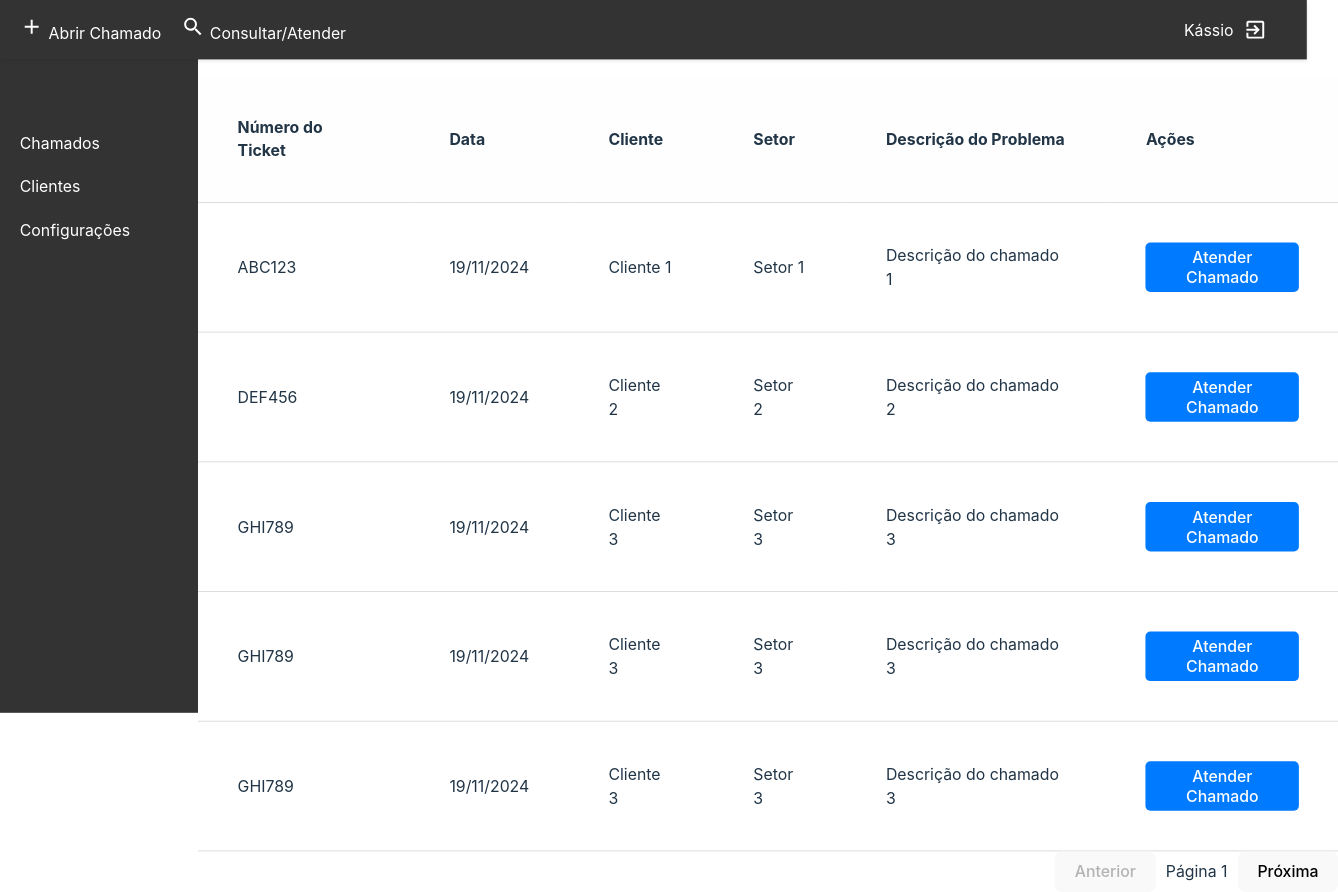
Repository: zkassimz/helpdesk
Page: /, after clicking the first element matching `li`
The author's editor kept a copy of each file at every save. The page is drawn from the files as they stood at one save, then again after the next save.
The browser window is 1280 px wide. The page is 1352 px wide, so the pictures cover 1352 px, including what lies to the right of the window. The pictures show the whole page, at 99% of full size.
The project was rebuilt for these pictures with package versions that can differ from the ones it lists, and the page was loaded fresh each time. Also part of the build but not shown: vite.config.js, src/components/Clientes.jsx, src/components/Configuracoes.jsx.

Above is the page before, as saved 2024-04-01 13:17:29.

### index.html
<!doctype html>
<html lang="en">

  <body>
    <div id="root"></div>
    <script type="module" src="/src/main.jsx"></script>
  </body>
</html>

### src/App.jsx
// src/App.js
import React, { useState } from 'react';
import AppBar from './components/AppBar'; // Importando o componente AppBar
import Sidebar from './components/Sidebar';
import Chamados from './components/Chamados';
import Clientes from './components/Clientes';
import Configuracoes from './components/Configuracoes';
import './App.css';

function App() {
  const [currentPage, setCurrentPage] = useState('Dashboard');

  const renderPage = () => {
    switch (currentPage) {
      case 'Chamados':
        return <Chamados />;
      case 'Clientes':
        return <Clientes />;
      case 'Configuracoes':
        return <Configuracoes />;
      default:
        return <div>Página não encontrada</div>;
    }
  };

  return (
    <div className="app">
      <AppBar />
      <div className="content">
        <Sidebar setCurrentPage={setCurrentPage} />
        <div className="main-content">
          {renderPage()}
        </div>
      </div>
    </div>
  );
}

export default App;

### src/components/AppBar.jsx

import React from 'react';
import { MdAdd, MdSearch, MdExitToApp } from 'react-icons/md';
import './css/AppBar.css';
const AppBar = () => {
  return (
    <div className="appbar">
      <div className="appbar-left">
        <div className="appbar-item" onClick={() => console.log("Abrir chamado")}>
          <MdAdd size={24} />
          <span>Abrir Chamado</span>
        </div>
        <div className="appbar-item" onClick={() => console.log("Consultar/Atender")}>
          <MdSearch size={24} />
          <span>Consultar/Atender</span>
        </div>
      </div>
      <div className="appbar-right">
        <span>Kássio </span>
        <div className="logout-button" onClick={() => console.log("Logout")}>
          <MdExitToApp size={24} />
        </div>
      </div>
    </div>
  );
};

export default AppBar;

### src/components/Sidebar.jsx
import React from 'react';
import './css/SideBar.css';

const Sidebar = ({ setCurrentPage }) => {
  const handleClick = (page) => {
    setCurrentPage(page);
  };

  return (
    <div className="sidebar">
      <div className="sidebar-header">
        <h3>Menu</h3>
      </div>
      <ul className="menu">
        <li onClick={() => handleClick('Chamados')}>Chamados</li>
        <li onClick={() => handleClick('Clientes')}>Clientes</li>
        <li onClick={() => handleClick('Configurações')}>Configurações</li>
      </ul>
    </div>
  );
};

export default Sidebar;

### src/components/Chamados.jsx
import React, { useState } from 'react';
import './css/Chamados.css';

const Chamados = () => {
  const [chamados, setChamados] = useState([
    { id: 1, cliente: 'Cliente 1', setor: 'Setor 1', descricao: 'Descrição do chamado 1', ticket: 'ABC123', data:  '19/11/2024'},
    { id: 2, cliente: 'Cliente 2', setor: 'Setor 2', descricao: 'Descrição do chamado 2', ticket: 'DEF456' ,data:  '19/11/2024' },
    { id: 3, cliente: 'Cliente 3', setor: 'Setor 3', descricao: 'Descrição do chamado 3', ticket: 'GHI789' , data:  '19/11/2024' },
    { id: 3, cliente: 'Cliente 3', setor: 'Setor 3', descricao: 'Descrição do chamado 3', ticket: 'GHI789' , data:  '19/11/2024' },
    { id: 3, cliente: 'Cliente 3', setor: 'Setor 3', descricao: 'Descrição do chamado 3', ticket: 'GHI789' , data:  '19/11/2024' },
    { id: 3, cliente: 'Cliente 3', setor: 'Setor 3', descricao: 'Descrição do chamado 3', ticket: 'GHI789' , data:  '19/11/2024' },
    { id: 3, cliente: 'Cliente 3', setor: 'Setor 3', descricao: 'Descrição do chamado 3', ticket: 'GHI789' , data:  '19/11/2024' },
    { id: 3, cliente: 'Cliente 3', setor: 'Setor 3', descricao: 'Descrição do chamado 3', ticket: 'GHI789' , data:  '19/11/2024' },
  ]);

  const pageSize = 5;
  const [currentPage, setCurrentPage] = useState(1);

  const startIndex = (currentPage - 1) * pageSize;
  const endIndex = Math.min(startIndex + pageSize - 1, chamados.length - 1);

  const renderChamados = () => {
    return chamados.slice(startIndex, endIndex + 1).map(chamado => (
      <tr key={chamado.id}>
          <td>{chamado.ticket}</td>
          <td>{chamado.data}</td>


        <td>{chamado.cliente}</td>
        <td>{chamado.setor}</td>
        <td>{chamado.descricao}</td>

        <td><button onClick={() => atenderChamado(chamado)}>Atender Chamado</button></td>
      </tr>
    ));
  };

  const nextPage = () => {
    setCurrentPage(currentPage + 1);
  };

  const prevPage = () => {
    setCurrentPage(currentPage - 1);
  };

  const atenderChamado = (chamado) => {
    console.log(`Chamado ${chamado.id} atendido`);
  };

  return (
    <div className="chamados">
      <h2>Chamados</h2>
      <div className="table-wrapper">
        <table className="chamados-table">
          <thead>
            <tr>
              <th>Número do Ticket</th>
              <th>Data</th>
              <th>Cliente</th>
              <th>Setor</th>
              <th>Descrição do Problema</th>
              <th>Ações</th>
            </tr>
          </thead>
          <tbody>
            {renderChamados()}
          </tbody>
        </table>
      </div>
      <div className="pagination">
        <button onClick={prevPage} disabled={currentPage === 1}>Anterior</button>
        <span className='namePage'>Página {currentPage}</span>
        <button onClick={nextPage} disabled={endIndex === chamados.length - 1}>Próxima</button>
      </div>
    </div>
  );
};

export default Chamados;

### src/App.css

.app {
  display: grid;
  grid-template-rows: auto 1fr;
  height: 100vh;
}
.sidebar {
  width: 200px;
  background-color: #333;
  color: #fff;
}

.main-content {
  flex: 1;
  overflow-y: auto;
}

.content {
  display: flex;
}

.sidebar-header {
  padding: 20px;
  text-align: center;
}

.menu {
  list-style-type: none;
  padding: 0;
}

.menu li {
  padding: 10px 20px;
  cursor: pointer;
}

.menu li:hover {
  background-color: #555;
}

### src/components/css/AppBar.css


.appbar {
    background-color: #333;
    color: #fff;
    display: flex;
    justify-content: space-between;
    align-items: center;
    padding: 0 20px;
    height: 60px; /* Definindo a altura da AppBar */
    width: 100%; /* Definindo a largura da AppBar como 100% da tela */
    position: fixed; /* Fixando a AppBar no topo da tela */
    top: 0; /* Alinhando a AppBar no topo da tela */
    z-index: 1000; /* Ajustando a ordem de empilhamento para que a AppBar fique acima de outros elementos */
    box-shadow: 0 2px 4px rgba(0, 0, 0, 0.1); /* Adicionando uma sombra para efeito */
  }

  .appbar-left, .appbar-right {
    display: flex;
    align-items: center;
  }

  .appbar-item, .logout-button {
    cursor: pointer;
    margin-right: 20px;
    text-decoration: none; /* Removendo o sublinhado padrão */
    color: inherit; /* Herdando a cor do texto do elemento pai */
    transition: all 0.3s ease; /* Adicionando uma transição suave */
  }

  .appbar-item:hover, .logout-button:hover {
    transform: translateY(-2px); /* Adicionando um efeito de levantamento ao passar o mouse */
  }

  .appbar-item span {
    margin-left: 5px;
  }

  .logout-button {
    display: flex;
    align-items: center;
  }

  .logout-button span {
    margin-right: 10px;
  }
  .appbar-right {
    display: flex;
    align-items: center;
  }

  .appbar-right span {
    margin-right: 10px; /* Adicionando espaçamento à direita do nome do usuário */
  }

  .logout-button {
    display: flex;
    align-items: center;
  }

### src/components/css/SideBar.css
.sidebar {
    width: 100px;
    background-color: #333;
    color: #fff;
    height: 100vh;
  }

  .sidebar.open {
    width: 0;
  }

  @media (max-width: 768px) {
    .sidebar {
      width: 100%;
    }
  }


  @media (min-width: 1024px) {
    .sidebar {
      width: 300px;
    }
  }

### src/components/css/Chamados.css
.chamados-table {

  width: 90vw;

  border-collapse: collapse;
  margin: 0;
}

.pagination{
  text-align: right;
}

.chamados-table th,
.chamados-table td {
  padding: 40px;
  border-bottom: 1px solid #ddd;
  text-align: left;
}

.chamados-table th {
  background-color: #f2f2f21e;
}


.namePage{
  padding: 10px;
}

.chamados-table td button {
  padding: 5px 10px;
  background-color: #007bff;
  color: #fff;
  border: none;
  border-radius: 5px;
  cursor: pointer;
}

.chamados-table td button:hover {
  background-color: #0056b3;
}

Loaded but not shown: src/main.jsx (common file); src/index.css (common file)

After the next save:
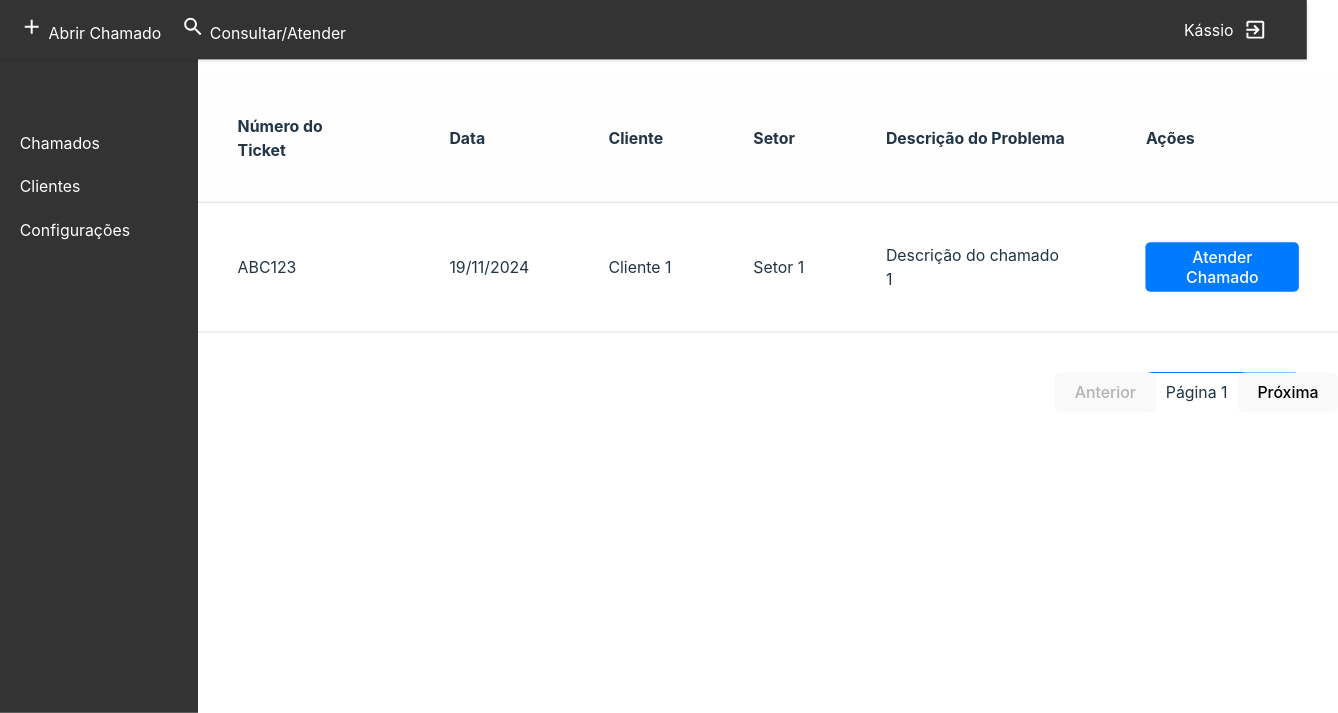
Saved 20 s later.
--- a/src/components/css/Chamados.css
+++ b/src/components/css/Chamados.css
@@ -38,3 +38,8 @@
 .chamados-table td button:hover {
   background-color: #0056b3;
 }
+
+.table-wrapper {
+  overflow: auto;
+  max-height: 300px; /* ou qualquer outra altura desejada */
+}

After the save that followed:
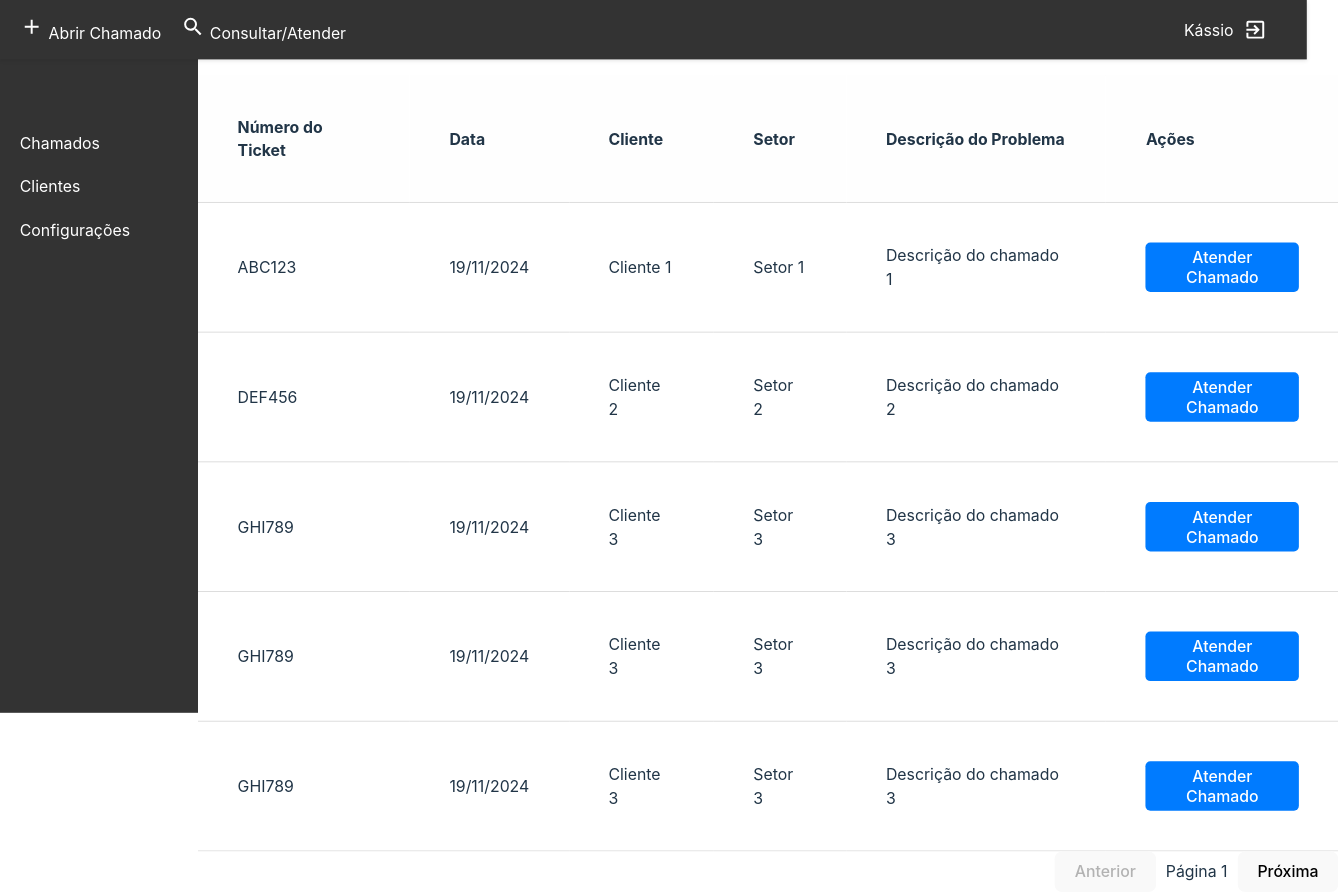
Saved 26 s later.
--- a/src/components/css/Chamados.css
+++ b/src/components/css/Chamados.css
@@ -41,5 +41,5 @@
 
 .table-wrapper {
   overflow: auto;
-  max-height: 300px; /* ou qualquer outra altura desejada */
+  max-height: 100vw; /* ou qualquer outra altura desejada */
 }
